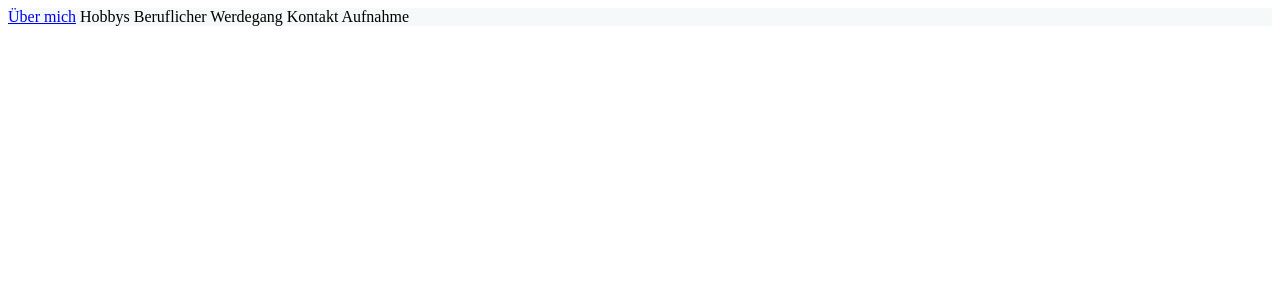
Repository: Ava-VictoriaCrivello/website
Page: index.html
These files come from the project's save history. The page is drawn as it stood at one moment and after the next save; the edit follows.
The browser window is 1280 px wide. The pictures show the whole page.

Above is the page before, as saved 2022-05-29 11:41:12.

### index.html
<!DOCTYPE html>
<html lang="en">
  <head>
    <meta charset="UTF-8" />
    <meta http-equiv="X-UA-Compatible" content="IE=edge" />
    <meta name="viewport" content="width=device-width, initial-scale=1.0" />
    <title>website</title>
    <link rel="stylesheet" href="style.css" />
  </head>
  <body>

    <header>
      <a class="#img" img src="logo.png"width="70px" alt="A und ein C"></a>
                <a class="#navigation" href="#Übermich">Über mich</a>
                <a class="#Hobbys">Hobbys</a>
                <a class="#Work">Beruflicher Werdegang</a>
                <a class="#Contact">Kontakt Aufnahme</a>


      </header>


</header>
  </body>
</html>

### style.css
header {
  background-color: rgb(245, 249, 249);
}

After the next save:
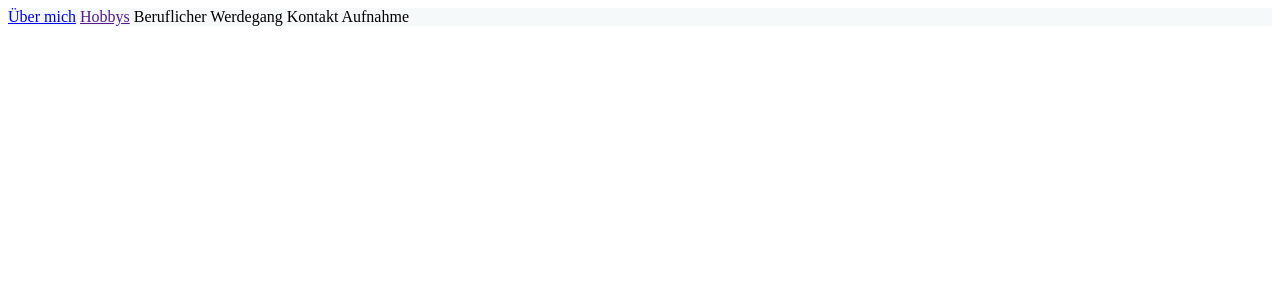
Saved 2 min 42 s later.
--- a/index.html
+++ b/index.html
@@ -10,9 +10,9 @@
   <body>
 
     <header>
-      <a class="#img" img src="logo.png"width="70px" alt="A und ein C"></a>
-                <a class="#navigation" href="#Übermich">Über mich</a>
-                <a class="#Hobbys">Hobbys</a>
+
+                <a class="button" href="#Übermich">Über mich</a>
+                <a class="#Hobbys" href="">Hobbys</a>
                 <a class="#Work">Beruflicher Werdegang</a>
                 <a class="#Contact">Kontakt Aufnahme</a>
 
